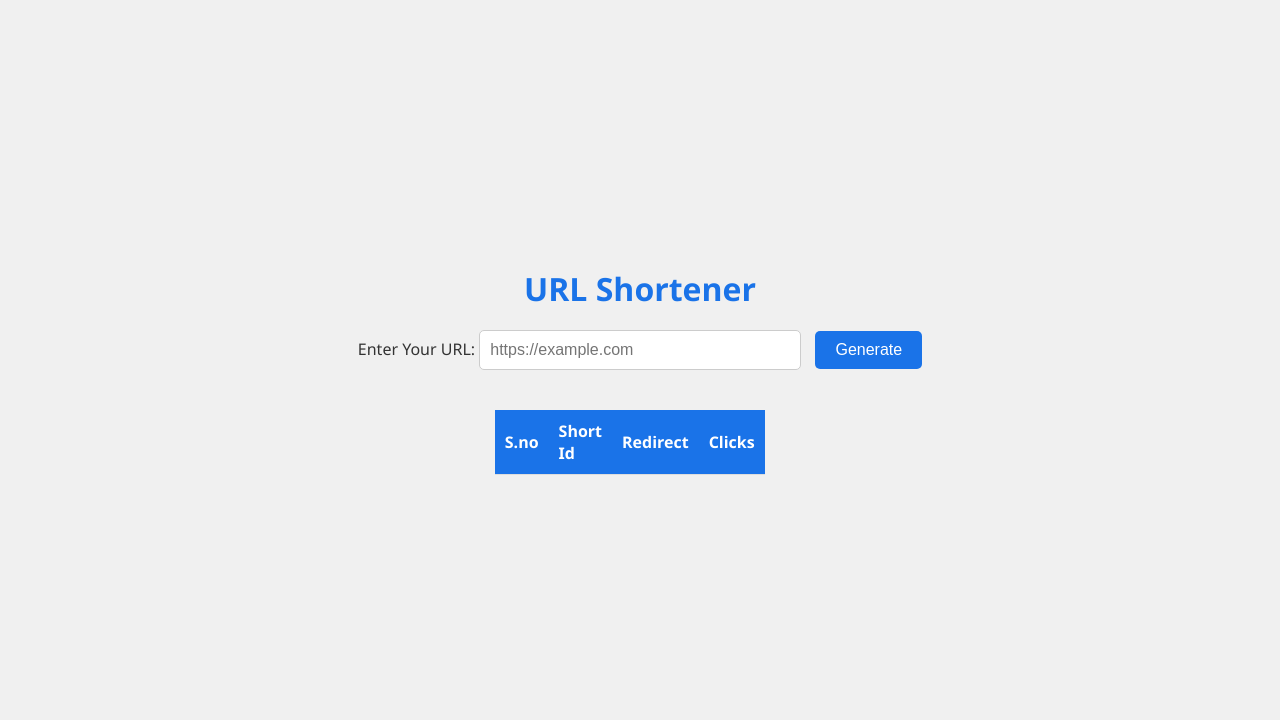
Repository: Mohitkumar1322/URL-Shortner
Page: http://localhost/test
These files come from the project's save history. The page is drawn as it stood at one moment and after the next save; the edit follows.
The browser window is 1280 px wide. The pictures show the whole page.
The page is served by the project's Node server (index.js). Queries for data that is not in the repository find no rows.

Above is the page before, as saved 2024-07-14 22:31:44.

After the next save:
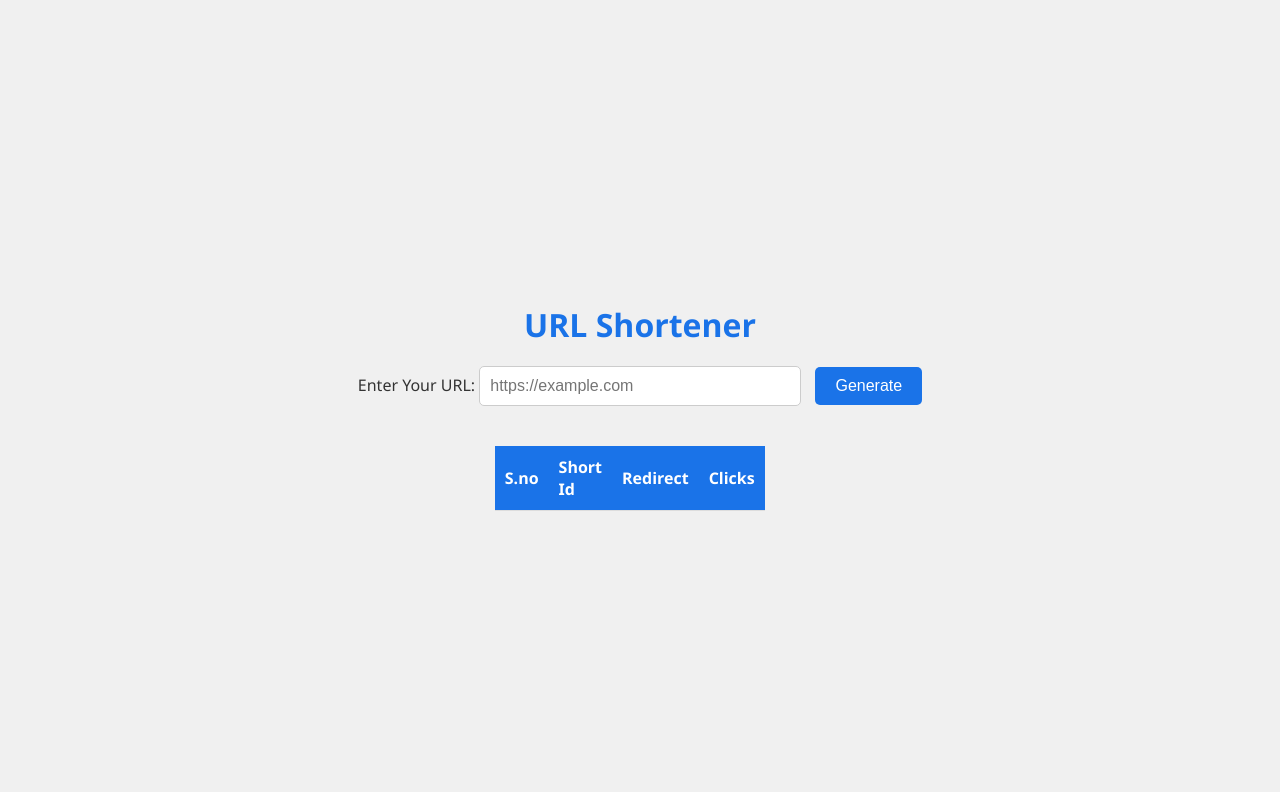
Saved 98 s later.
--- a/views/home.ejs
+++ b/views/home.ejs
@@ -15,7 +15,7 @@
             flex-direction: column;
             align-items: center;
             justify-content: center;
-            height: 100vh;
+            height: 110vh;
         }
 
         h1 {
